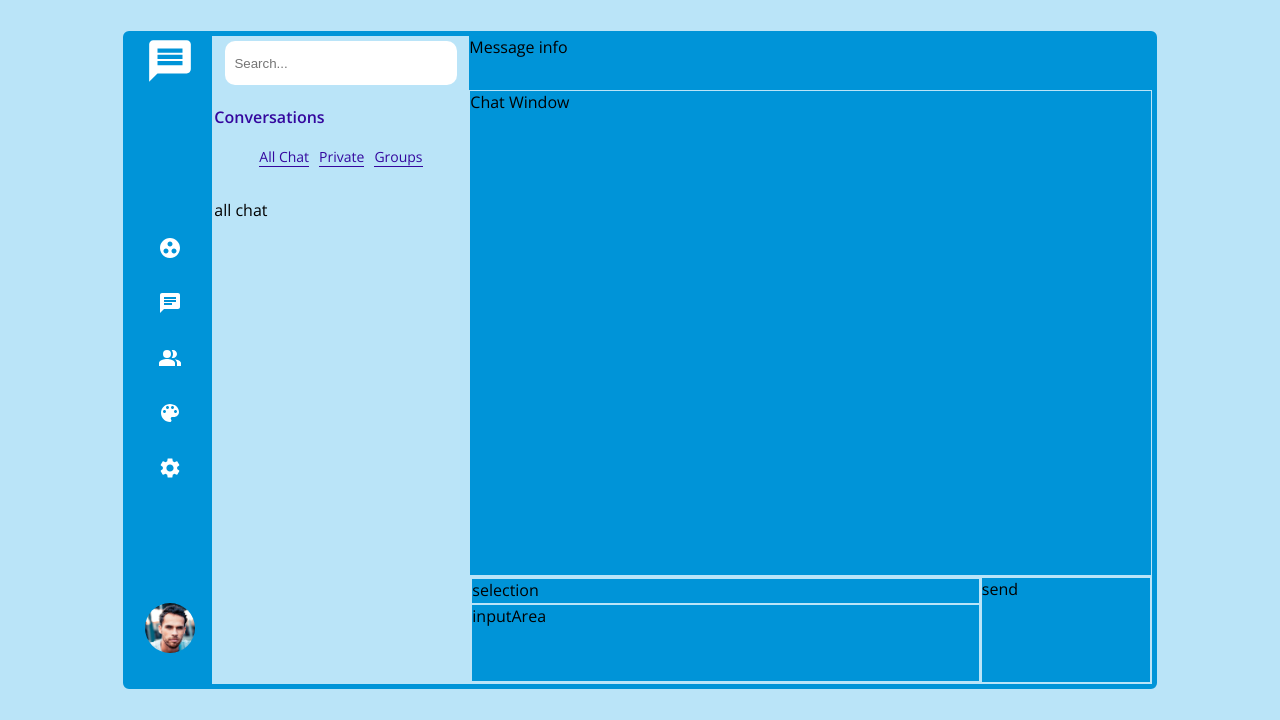
Repository: arafat877/super-chat
Page: /
The author's editor kept a copy of each file at every save. The page is drawn from the files as they stood at one save, then again after the next save.
The browser window is 1280 px wide. The pictures show the whole page.
The project was rebuilt for these pictures with package versions that can differ from the ones it lists, and the page was loaded fresh each time.

Above is the page before, as saved 2020-08-05 00:19:40.

After the next save:
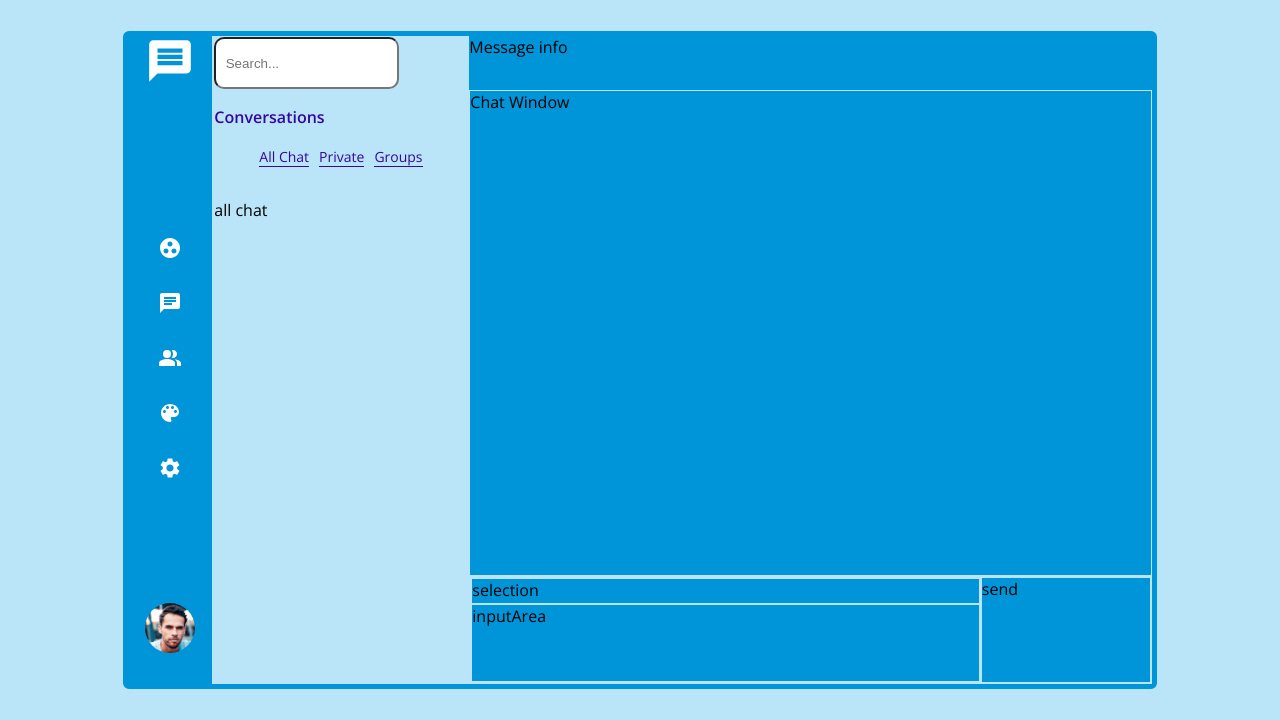
Saved 14 s later.
--- a/src/App.scss
+++ b/src/App.scss
@@ -93,10 +93,6 @@
         display: flex;
 
         .searchInput{
-          margin: auto;
-          border: none;
-          width: 90%;
-          height: 80%;
           border-radius: 10px;
 
           &:focus{
